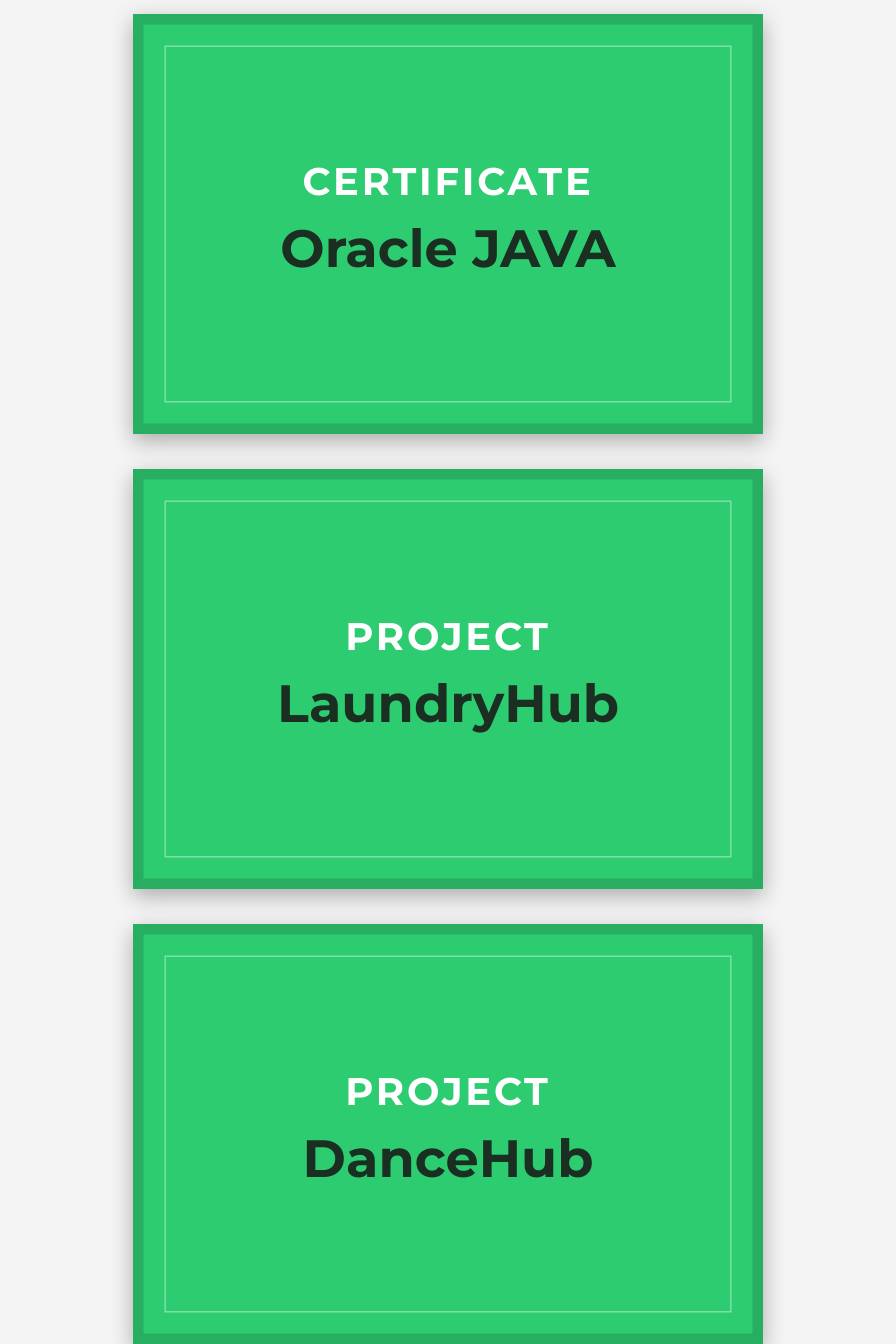
Repository: Priyadharshini-J-CSE/Priyadharshini-J-Portfolio
Page: index2.html
An editor plug-in stored every save of this project. The page is shown before and after the next save, followed by the edit.
The browser window is 1280 px wide. The pictures show the part of the page from y = 0 to 1920 px (the page is 2640 px tall before and 1990 px after), at 70% of full size.
Some web fonts or font styles are not loaded; a fallback is used.

Above is the page before, as saved 2026-01-23 21:13:16.

### index2.html
<!DOCTYPE html>
<html lang="en">
<head>
    <meta charset="UTF-8">
    <title>Professional Certificates</title>
    <link href="https://fonts.googleapis.com/css2?family=Montserrat:wght@400;700&family=Playfair+Display:ital,wght@1,600&display=swap" rel="stylesheet">
    <style>
        body { background: #f4f4f4; margin: 0; padding: 20px; font-family: 'Montserrat', sans-serif; }

        /* The main certificate container */
        .cert-container {
            width: 900px;
            height: 600px;
            background-color: #2ecc71; /* Your requested color */
            margin: 0 auto 50px auto;
            padding: 30px;
            border: 15px solid #27ae60; /* Darker green border */
            box-shadow: 0 10px 30px rgba(0,0,0,0.3);
            color: white;
            position: relative;
            box-sizing: border-box;
            text-align: center;
        }

        .inner-frame {
            border: 2px solid rgba(255,255,255,0.4);
            height: 100%;
            width: 100%;
            padding: 40px;
            box-sizing: border-box;
            display: flex;
            flex-direction: column;
            justify-content: center;
        }

        .header { font-size: 55px; font-weight: 700; margin: 0; text-transform: uppercase; letter-spacing: 4px; }
        .sub-header { font-size: 18px; margin: 20px 0; font-weight: 400; letter-spacing: 2px; }

        .student-name {
            font-family: 'Playfair Display', serif;
            font-size: 45px;
            margin: 20px 0;
            color: #ffffff;
            border-bottom: 2px solid white;
            display: inline-block;
            padding: 0 40px;
        }

        .description { font-size: 16px; margin: 20px 0; line-height: 1.6; }
        .course-title { font-size: 75px; font-weight: 700; margin: 15px 0; color: #1a2e21; }
        .provider { font-size: 14px; text-transform: uppercase; margin-top: 10px; opacity: 0.9; }

        .footer {
            display: flex;
            justify-content: space-between;
            margin-top: 50px;
            padding: 0 60px;
        }
        .signature-box { border-top: 1px solid white; width: 180px; padding-top: 10px; font-size: 12px; }
    </style>
</head>
<body>

    <div class="cert-container">
        <div class="inner-frame">
            <h1 class="header">Certificate</h1>

            <div class="course-title">Oracle JAVA</div>



        </div>
    </div>

    <div class="cert-container">
        <div class="inner-frame">
           <h1 class="header">PROJECT</h1>

            <div class="course-title">LaundryHub</div>


        </div>
    </div>

    <div class="cert-container">
        <div class="inner-frame">
            <h1 class="header">PROJECT</h1>

            <div class="course-title">DanceHub</div>

        </div>
    </div>

    <div class="cert-container">
        <div class="inner-frame">
            <h1 class="header">PROJECT</h1>

            <div class="course-title">InsuranceHub</div>

        </div>
    </div>

</body>
</html>

After the next save:
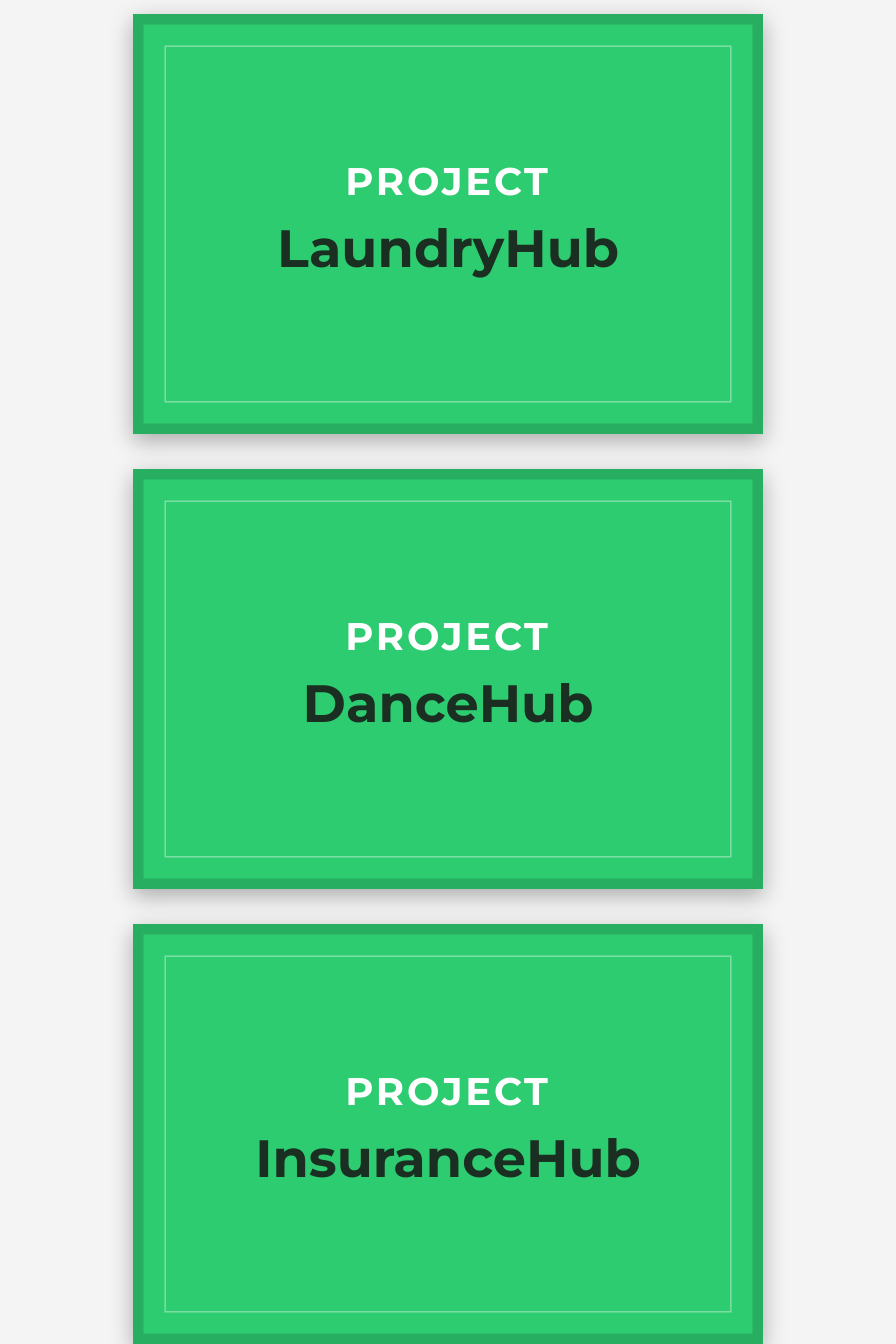
Saved 27 s later.
--- a/index2.html
+++ b/index2.html
@@ -61,16 +61,7 @@
 </head>
 <body>
 
-    <div class="cert-container">
-        <div class="inner-frame">
-            <h1 class="header">Certificate</h1>
 
-            <div class="course-title">Oracle JAVA</div>
-
-
-
-        </div>
-    </div>
 
     <div class="cert-container">
         <div class="inner-frame">
